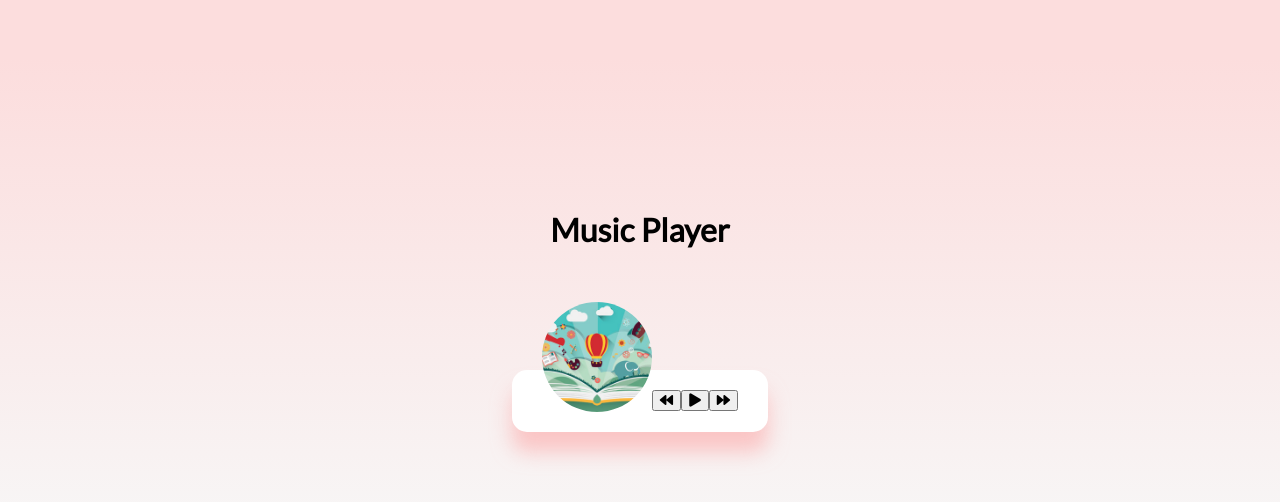
Repository: Youvelop/musicPlayer
Page: index.html
The author's editor kept a copy of each file at every save. The page is drawn from the files as they stood at one save, then again after the next save.
The browser window is 1280 px wide. The pictures show the whole page.
Some web libraries are served in a nearby version.

Above is the page before, as saved 2020-07-08 08:11:17.

### index.html
<!DOCTYPE html>
<html lang="en">
  <head>
    <meta charset="UTF-8" />
    <meta name="viewport" content="width=device-width, initial-scale=1.0" />
    <link
      rel="stylesheet"
      href="https://cdnjs.cloudflare.com/ajax/libs/font-awesome/5.10.2/css/all.min.css"
    />
    <link rel="stylesheet" href="style.css" />
    <title>Music Player</title>
  </head>
  <body>
    <h1>Music Player</h1>
    <div class="music-container" id="music-container">
      <div class="music-info">
        <h4 id="title"></h4>
        <div class="progress-container" id="progress-container">
          <div class="progress" id="progress"></div>
        </div>
      </div>
      <audio src="music/ukulele.mp3" id="audio"></audio>

      <div class="img-container">
        <img src="images/ukulele.jpg" id="cover" alt="music-cover" />
      </div>
      <div class="navigation">
        <button id="prev" class="action-btn">
          <i class="fas fa-backward"></i>
        </button>
        <button id="play" class="action-btn action-btn-big">
          <i class="fas fa-play"></i>
        </button>
        <button id="prev" class="action-btn">
          <i class="fas fa-forward"></i>
        </button>
      </div>
    </div>
    <script src="script.js"></script>
  </body>
</html>

### style.css
@import url('https://fonts.googleapis.com/css?family=Lato&display=swap');

* {
  box-sizing: border-box;
}

body {
  background-image: linear-gradient(
    0deg,
    rgba(247, 247, 247, 1) 23.8%,
    rgba(252, 221, 221, 1) 92%
  );
  height: 100vh;
  display: flex;
  flex-direction: column;
  align-items: center;
  justify-content: center;
  font-family: 'Lato', sans-serif;
  margin: 0;
}

.music-container {
  background-color: #fff;
  border-radius: 15px;
  box-shadow: 0 20px 20px 0 rgba(252, 169, 169, 0.6);
  display: flex;
  padding: 20px 30px;
  position: relative;
  margin: 100px 0;
  z-index: 10;
}

.img-container {
  position: relative;
  width: 110px;
}

.img-container img {
  border-radius: 50%;
  object-fit: cover;
  height: 110px;
  width: inherit;
  position: absolute;
  bottom: 0;
  left: 0;
  animation: rotate 3s linear infinite;

  animation-play-state: paused;
}

.music-container.play .img-container img {
  animation-play-state: running;
}

@keyframes rotate {
  from {
    transform: rotate(0deg);
  }

  to {
    transform: rotate(360deg);
  }
}

.navigation {
  display: flex;
  align-items: center;
  justify-content: center;
  z-index: 1;
}

Loaded but not shown: script.js (no copy from this time; the picture is the same without it)

After the next save:
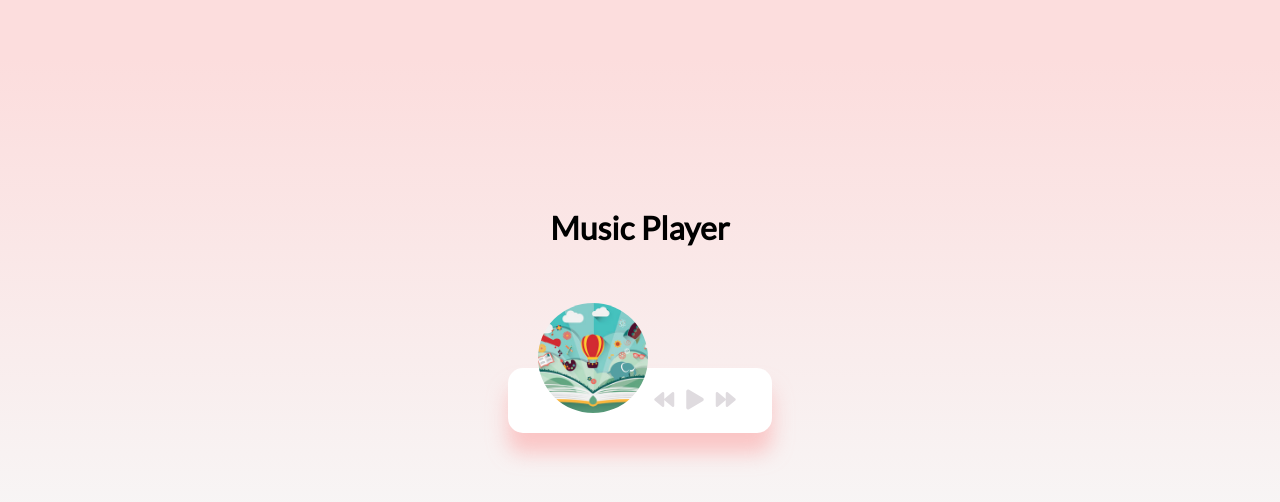
Saved 85 s later.
--- a/style.css
+++ b/style.css
@@ -68,3 +68,10 @@ body {
   justify-content: center;
   z-index: 1;
 }
+
+.action-btn {
+  background-color: #fff;
+  border: 0;
+  color: #dfdbdf;
+  font-size: 20px;
+}
